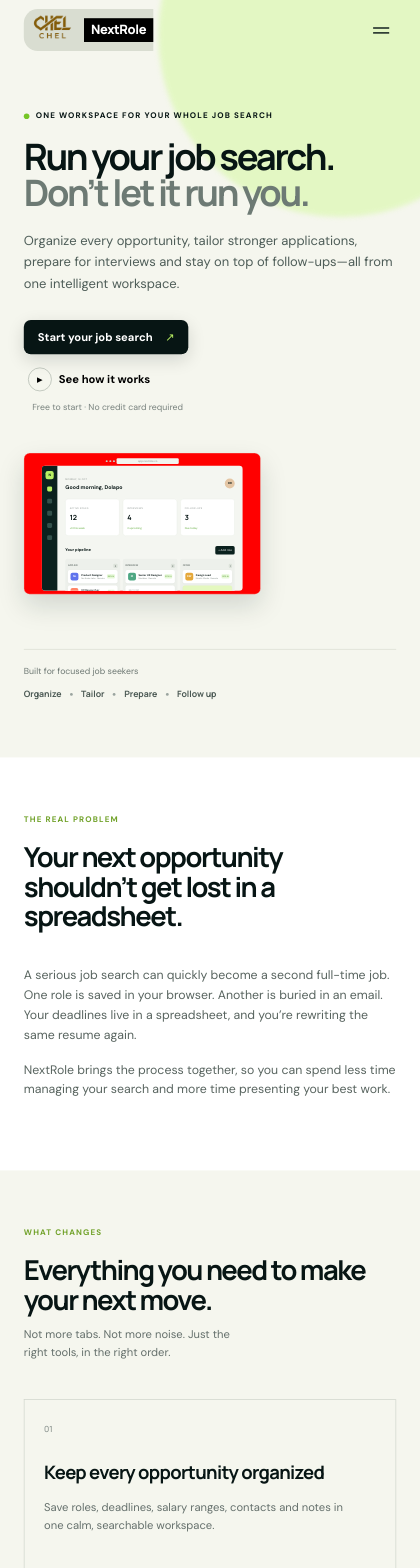
Repository: Lovethrech/NextRole-Nuxt-Portfolio
Page: /
The author's editor kept a copy of each file at every save. The page is drawn from the files as they stood at one save, then again after the next save.
The browser window is 600 px wide. The pictures show the part of the page from y = 0 to 2240 px (the page is 6767 px tall), at 70% of full size.
The project was rebuilt for these pictures with package versions that can differ from the ones it lists, and the page was loaded fresh each time. The framework's server and built-in components were replaced by stand-ins that run in the browser. Also part of the build but not shown: nuxt.config.js.

Above is the page before, as saved 2026-09-12 17:39:39.

After the next save:
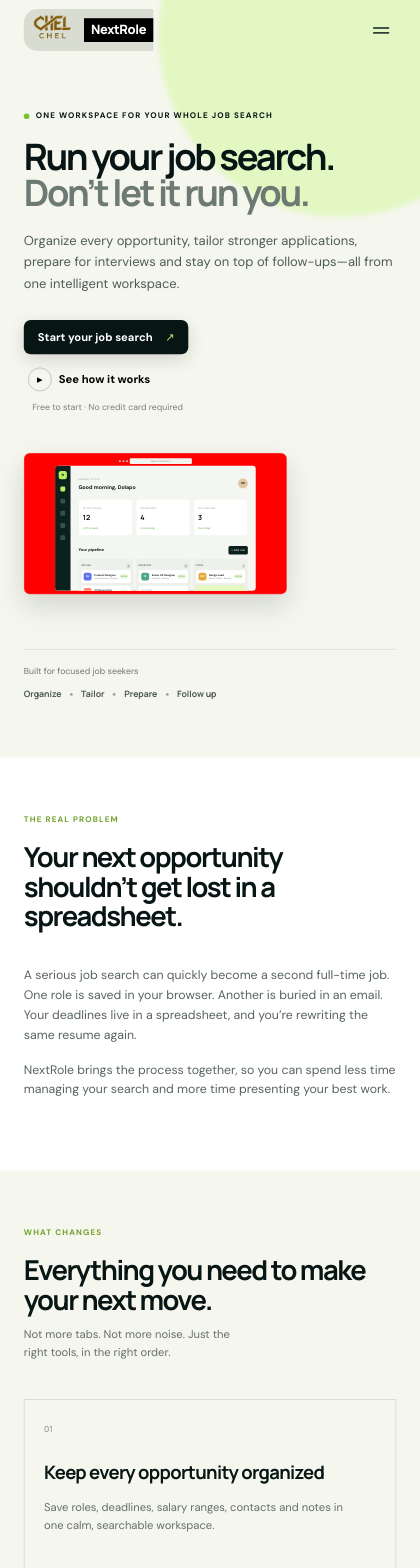
Saved 4 s later.
--- a/assets/css/main.css
+++ b/assets/css/main.css
@@ -615,7 +615,7 @@
     .dashboard-frame{
         background-color: red;
         place-items:center;
-        width: 90vh;
+        width: 100vh;
         transform:scale(.47);
         transform-origin:top left;
         margin-bottom:-200px;
